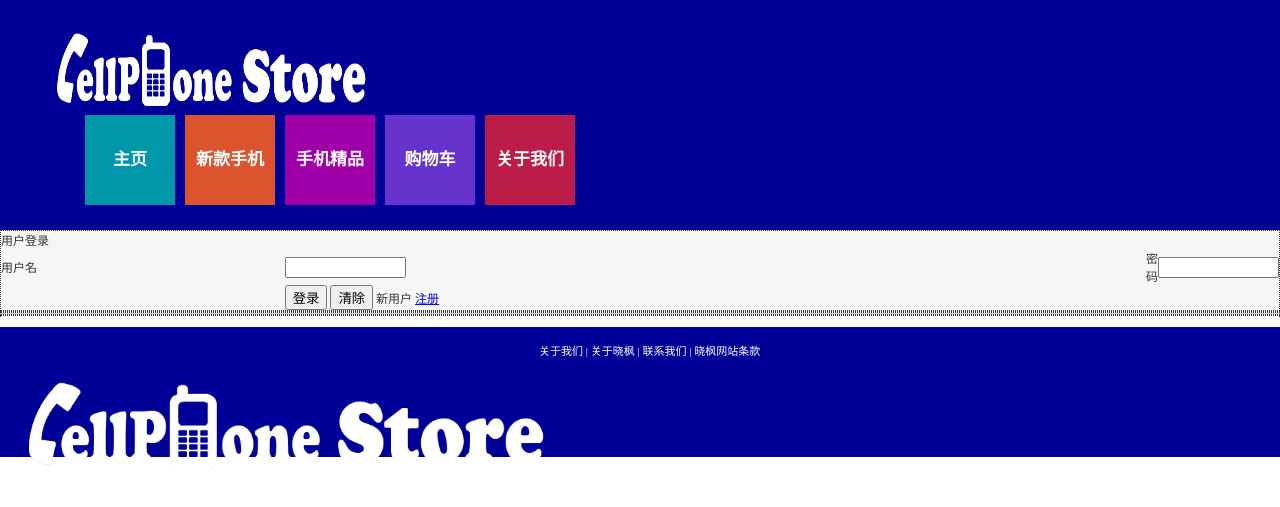
Repository: Jefsky/phonemarket
Page: http://localhost/phonemarket/user/index.jsp
An editor plug-in stored every save of this project. The page is shown before and after the next save, followed by the edit.
The browser window is 1280 px wide. The pictures show the whole page.
The page is served by Tomcat 9. Other server files are loaded and not shown. Queries for data that is not in the repository find no rows.

Above is the page before, as saved 2014-06-26 01:54:16.

### phonemarket/phonemarket/WebContent/user/index.jsp
<%@ page language="java" contentType="text/html; charset=UTF-8"
    pageEncoding="UTF-8"%>
    <%@ page import="cn.huateng.dao.impl.PhoneInfoDAOImpl,cn.huateng.bean.Phone,java.util.ArrayList,cn.huateng.bean.Company,cn.huateng.dao.impl.CompanyDAOImpl" %>
<!DOCTYPE html PUBLIC "-//W3C//DTD HTML 4.01 Transitional//EN" "http://www.w3.org/TR/html4/loose.dtd">
<html>
<head>
<meta http-equiv="Content-Type" content="text/html; charset=UTF-8">
<link rel="stylesheet" type="text/css" href="../css/main.css">
<title>化腾晓枫手机商城官网</title>
</head>
<body>
<%
	String op = request.getParameter("op");
	if("exit".equals(op)){
		session.removeAttribute("userid");
	}
	String error = request.getParameter("error");
	if(error!=null&&"queryUP_er".equals(error)){
%>
	<script type="text/javascript">
		alert("用户名或者密码错误");
	</script>
<%
	}
	if(error!=null&&"pwedit_error".equals(error)){
%>
	<script type="text/javascript">
		alert("用户密码修改失败");
	</script>
<%
	}
	if(error!=null&&"userInfoEdit_error".equals(error)){
%>
	<script type="text/javascript">
		alert("用户个人信息修改失败");
	</script>
<%
	}
%>

<div >
					<jsp:include page="top.jsp" />
					<jsp:include page="login.jsp"/>

</div>

		<table width="100%" border="0" cellpadding="0" cellspacing="0"
										class="td">
	<%
		PhoneInfoDAOImpl phoneInfoDAOImpl = new PhoneInfoDAOImpl();
		ArrayList<Phone> ls_ephone = phoneInfoDAOImpl.queryPhoneByType(1);
		if(ls_ephone!=null){
			for(int i=0; i<(ls_ephone.size()>4?4:ls_ephone.size()); ){
	%>
								<tr>
	<%
		int count = 2;
		while(count>0){
			if(i<ls_ephone.size()){
				Phone phone = ls_ephone.get(i);
				i++;
	%>
	<td width="50%">
	<table width="100%" border="0" cellpadding="0" cellspacing="0"
										class="td">
											<tr>
												<td  width="30%" rowspan="5">
													<a href="phonedetail.jsp?phoneid=<%=phone.getPhoneid()%>">
													<img src="../image/<%=phone.getPicture() %>" width="230"
													height="323" border="0"></a>
												</td>

												<td width="80"><div align="left">型号</div></td>
												<td ><%=phone.getPhonename() %></td>
											</tr>
											<tr>
												<td width="80"><div align="left">平台</div></td>
												<td ><%=phone.getPlatform() %></td>
											</tr>
											<tr>
												<td><div align="left">公司</div></td>
<%
	CompanyDAOImpl companyDAOImpl =new CompanyDAOImpl();
	Company company = companyDAOImpl.cQueryById(phone.getCompanyid());
	if(company!=null){
%>
												<td width="80"><%=company.getName() %></td>
<%
	}
%>
											</tr>
											<tr>
												<td width="80"><div align="left">屏幕</div></td>
												<td ><%=phone.getDisplay() %>英寸</td>
											</tr>
											<tr>
												<td width="80"><div align="left">定价</div></td>
												<td><%=phone.getPrice() %>元</td>
											</tr>
											<tr>
												<td colspan="2"><div align="center" float="right">
													<a href="/phonemarket/AddtoCartServlet?phoneid=<%=phone.getPhoneid()%>">放入购物车</a>&nbsp;&nbsp;
													<a href="phonedetail.jsp?phoneid=<%=phone.getPhoneid() %>">查看详情</a>
												</div></td>
											</tr>
										</table>
									</td>

<%
			}else{
%>
						<td width="50%"></td>
<%
			}
		count--;
		}
%>
				</tr>
<%
			}
		}
%>

		    				</table>
		    			</td>
		    			<td width="1" bgcolor="#999999"></td>
		    		</tr>
		    		<tr bgcolor="#999999"><td height="1" colspan="3" nowrap></td>
		    		</tr>
		    	</table>
		    	<table width="100%" border="0" cellspacing="0" cellpadding="0">
			    		<tr>
		    			<td height="1" nowrap bgcolor="#CCCCCC"></td>
		    		</tr>
		    	</table>
		    	<table width="100%" border="0" cellspacing="0" cellpadding="0">
		    		<tr bgcolor="#999999"></tr>
		    		<tr>
		    			<td width="0" nowrap bgcolor="#999999"></td>
		    			<td>
		    				<table width="100%" border="0" cellspacing="0" cellpadding="0" class="td">

	<%
		PhoneInfoDAOImpl phoneInfoDAOImpl2 = new PhoneInfoDAOImpl();
		ArrayList<Phone> ls_ephone2 = phoneInfoDAOImpl2.queryPhoneByType(2);
		if(ls_ephone!=null){
			for(int i=0; i<(ls_ephone2.size()>4?4:ls_ephone2.size()); ){
	%>
								<tr>
	<%
		int count = 2;
		while(count>0){
			if(i<ls_ephone2.size()){
				Phone phone2 = ls_ephone2.get(i);
				i++;
	%>

									<td width="50%">
										<table width="100%" border="0" cellpadding="0" cellspacing="0"
										class="td">
											<tr>
												<td width="30%" rowspan="5">
													<a href="phonedetail.jsp?phoneid=<%=phone2.getPhoneid()%>">
													<img src="../image/<%=phone2.getPicture() %>" width="230"
													height="323" border="0"></a>
												</td>
												<td width="25%"><div align="left">型号</div></td>
												<td><%=phone2.getPhonename() %></td>
											</tr>
											<tr>
												<td width="25%"><div align="left">平台</div></td>
												<td><%=phone2.getPlatform() %></td>
											</tr>
											<tr>
												<td width="25%"><div align="left">公司</div></td>
<%
	CompanyDAOImpl companyDAOImpl2 =new CompanyDAOImpl();
	Company company2 = companyDAOImpl2.cQueryById(phone2.getCompanyid());
	if(company2!=null){
%>
												<td><%=company2.getName() %></td>
<%
	}
%>
											</tr>
											<tr>
												<td width="25%"><div align="left">屏幕</div></td>
												<td><%=phone2.getDisplay() %>英寸</td>
											</tr>
											<tr>
												<td width="25%"><div align="left">定价</div></td>
												<td><%=phone2.getPrice() %>元</td>
											</tr>
											<tr>
												<td colspan="2"><div align="center">
													<a href="/phonemarket/AddtoCartServlet?phoneid=<%=phone2.getPhoneid()%>">放入购物车</a>&nbsp;&nbsp;
													<a href="phonedetail.jsp?phoneid=<%=phone2.getPhoneid() %>">查看详情</a>
												</div></td>
											</tr>
										</table>
									</td>

<%
			}else{
%>
						<td width="50%"></td>
<%
			}
		count--;
		}
%>
				</tr>
<%
			}
		}
%>

		    				</table>





<div>
					<jsp:include page="bottom.jsp" />
</div>
</body>
</html>

### phonemarket/phonemarket/WebContent/user/top.jsp
<%@ page language="java" contentType="text/html; charset=UTF-8"
    pageEncoding="UTF-8"%>
<!DOCTYPE html PUBLIC "-//W3C//DTD HTML 4.01 Transitional//EN" "http://www.w3.org/TR/html4/loose.dtd">
<html>
<head>
<meta http-equiv="Content-Type" content="text/html; charset=UTF-8">
<title>Cellphone Store</title>
<link rel="stylesheet" type="text/css" href="../css/top.css"/>
</head>
<body>
<div class = "navigation">
	<div id="logo">
		<span><img src="../image/logo.png" width="350" height="85"></span>
	</div>
	<ul id="color">
		<li class = "color1"><a href = "index.jsp">主页</a></li>
		<li><a>新款手机</a></li>
		<li class = "color2"><a href = "../admin/index.jsp">手机精品</a></li>
		<li class = "color3"><a href = "shoppingcart.jsp">购物车</a></li>
		<li class = "color4"><a href = "#">关于我们</a></li>
	</ul>


</div>

</body>
</html>

### phonemarket/phonemarket/WebContent/user/login.jsp
<%@ page contentType="text/html; charset=utf-8" language="java" import="java.sql.*" errorPage="" %>
<!DOCTYPE html PUBLIC "-//W3C//DTD XHTML 1.0 Transitional//EN" "http://www.w3.org/TR/xhtml1/DTD/xhtml1-transitional.dtd">
<html xmlns="http://www.w3.org/1999/xhtml">
<head>
<meta http-equiv="Content-Type" content="text/html; charset=utf-8" />
<title>login</title>
<SCRIPT LANGUAGE="javascript">
<!--
	function CheckSubmit(thisform){ //focus()方法，将光标定位于输出栏目
		with(thisform){
			if(userid.value==null || userid.value=="" ){
				alert("请输入用户名!");
				userid.focus();
				return false;
			}else if(userid.value.indexOf("'")!=-1){
				alert("用户名不能包含单引号,空格等字符!");
				userid.focus();
				return false;
			}
			if(password.value==null || password.value=="" ){
				alert("请输入密码!");
				password.focus();
				return false;
			}
		}
		return true;
	}
//-->
</SCRIPT>
</head>

<body>
<%
	String s_userid=(String)session.getAttribute("userid");
	if(s_userid==null){
%>
<form name="loginform" action="/phonemarket/QueryByIdPwServlet" method="post" onsubmit="return CheckSubmit(this)">
	<table width="100%" border="0" cellpadding="0" cellspacing="0" bgcolor="#f6f6f6" class="td">
		<tr>
			<td colspan="3">用户登录</td>
		</tr>
		<tr>
			<td width="25%">用户名</td>
			<td width="75%"><input name="userid" type="text" class="formtext" size="12"></td>
			<td >密码</td>
			<td ><input name="password" type="password" class="formtext" size="12"></td>
		</tr>
		<tr>
			<td>&nbsp;</td>
			<td colspan="2">
			 <input name="loginbutton" type="submit" value="登录">
			 <input type="reset" value="清除">
			 	新用户&nbsp;<a href="register.jsp">注册</a>
			</td>
		</tr>
	</table>
</form>
<%
	}else{
%>
	<table width="100%" border="0" cellpadding="0" bgcolor="#f6f6f6" class="td">
		<tr>
			<td width="30" colspan="4">&nbsp&nbsp&nbsp您好！<%=s_userid %>
			欢迎来到化腾晓枫手机商城</td>
		</tr>
		<tr>
			<td><a href="passwordedit.jsp">&nbsp&nbsp&nbsp修改登陆密码</a></td>
			<td><a href="userinfoedit.jsp">维护个人信息</a></td>
			<td><a href="myorder.jsp">查看历史订单</a></td>
			<td><a href="shoppingcart.jsp">查看购书车</a></td>
			<td><a href="index.jsp?op=exit">注销退出</a></td>
	</table>
<%
	}
%>
</body>
</html>

### phonemarket/phonemarket/WebContent/user/bottom.jsp
<%@ page language="java" contentType="text/html; charset=GB18030"
    pageEncoding="GB18030"%>
<!DOCTYPE html PUBLIC "-//W3C//DTD HTML 4.01 Transitional//EN" "http://www.w3.org/TR/html4/loose.dtd">
<html>
<head>
<link rel="stylesheet" type="text/css" href="../css/bottom.css">
<meta http-equiv="Content-Type" content="text/html; charset=ISO-8859-1">
<title>bottom</title>
</head>
<body>
<div class="foot">

 <p>&nbsp&nbsp&nbsp&nbsp&nbsp&nbsp 关于我们 | 关于晓枫 | 联系我们 | 晓枫网站条款</p>
<div id="logo">
		<span><img src="../image/logo.png" width="584" height="100px"></span>
	</div>
</div>
</body>
</html>

### phonemarket/phonemarket/src/cn/huateng/dao/impl/PhoneInfoDAOImpl.java
package cn.huateng.dao.impl;

	import java.sql.Connection;
import java.sql.PreparedStatement;
import java.sql.ResultSet;
import java.sql.SQLException;
import java.util.ArrayList;



import cn.huateng.bean.Phone;
import cn.huateng.dbc.DBConnection;

	public class PhoneInfoDAOImpl {
		public int insertPhone(Phone phone){
			int line=0;
			Connection conn=null;
			PreparedStatement ppsm=null;
			DBConnection dbconn=new DBConnection();
			if(dbconn!=null){
				conn=dbconn.getConn();
				if(conn!=null){
					String sql="insert into phone(phoneid,phonename,platform,weight,display,camera,ram,massmenory,companyid,price,quantity,picture,type) values(?,?,?,?,?,?,?,?,?,?,?,?,?)";
					try{
						ppsm =conn.prepareStatement(sql);
						ppsm.setString(1,phone.getPhoneid());
						ppsm.setString(2,phone.getPhonename());
						ppsm.setString(3,phone.getPlatform());
						ppsm.setString(4,phone.getWeight());
						ppsm.setString(5,phone.getDisplay());
						ppsm.setString(6,phone.getCamera());
						ppsm.setString(7,phone.getRam());
						ppsm.setString(8,phone.getMassmenory());
						ppsm.setInt(9,phone.getCompanyid());
						ppsm.setFloat(10,phone.getPrice());
						ppsm.setInt(11,phone.getQuantity());
						ppsm.setString(12,phone.getPicture());
						ppsm.setInt(13,phone.getType());
						line= ppsm.executeUpdate();
						}catch(SQLException e){
						e.printStackTrace();
						}finally{
							try {
								if(ppsm!=null){
										ppsm.close();
									}
								conn.close();}
							catch (SQLException e) {
								// TODO Auto-generated catch block
								e.printStackTrace();
							}
						}

				}
			}
			return line;
		}
		public ArrayList<Phone> queryPhone(){
			ArrayList<Phone> phoneList=new ArrayList<Phone>();
			Connection conn=null;
			Phone phone;
			PreparedStatement ppsm=null;
			ResultSet rs = null;
			DBConnection dbconn=new DBConnection();
				if(dbconn!=null){
					conn=dbconn.getConn();
				//쌈淪쏵契꿴璂꾸鱗ResultSet
					if(conn!=null){
						String sql="select * from phone";
						try {
							ppsm=conn.prepareStatement(sql);
							rs=ppsm.executeQuery();
							//離빈겉꿴璂써벎섞瘻뻣槨ArrayList<UserInfo>잚謹럿쀼.
							while (rs.next()){
								phone =new Phone();
								phone.setPhoneid(rs.getString(1));
								phone.setPhonename(rs.getString(2));
								phone.setPlatform(rs.getString(3));
								phone.setWeight(rs.getString(4));
								phone.setDisplay(rs.getString(5));
								phone.setCamera(rs.getString(6));
								phone.setRam(rs.getString(7));
								phone.setMassmenory(rs.getString(8));
								phone.setCompanyid(rs.getInt(9));
								phone.setPrice(rs.getFloat(10));
								phone.setQuantity(rs.getInt(11));
								phone.setPicture(rs.getString(12));
								phone.setType(rs.getInt(13));
								phoneList.add(phone);
							}

						}catch (SQLException e) {
							// TODO Auto-generated catch block
							e.printStackTrace();
						}finally{
							if(rs!=null){
								try {
									rs.close();
									if(ppsm!=null){
									ppsm.close();
									}
									if(conn!=null){
										conn.close();
									}
								} catch (SQLException e) {
									// TODO Auto-generated catch block
									e.printStackTrace();
								}
							}

						}
				}
			}
			return phoneList;
		}
		public int pDeleteById(String phoneid){
			int line = 0;
			Connection conn=null;
			PreparedStatement ppsm=null;
			DBConnection dbconn=new DBConnection();
			if(dbconn!=null){
				conn=dbconn.getConn();
				if(conn!=null){
					String sql="delete from phone where phoneid=?";
					try {
						ppsm =conn.prepareStatement(sql);
						ppsm.setString(1,phoneid);
						line=ppsm.executeUpdate();
					} catch (SQLException e) {
						// TODO Auto-generated catch block
						e.printStackTrace();
					}finally{
						try {
						if(ppsm!=null){
								ppsm.close();
							}
							conn.close();}
						catch (SQLException e) {
								// TODO Auto-generated catch block
								e.printStackTrace();
							}
						}
				}
			}
			return line;
		}
		//錦맣꾸鱗，邱쏵契寧늴꿴璂꾸鱗bQueryById()，
		//UpdatePhoneServlet錦맣꾸鱗，딧痰UpdatePhone()
		public Phone pQueryById(String phoneid){
			Phone phone = new Phone();
			Connection conn=null;
			PreparedStatement ppsm=null;
			ResultSet rs = null;
			DBConnection dbconn=new DBConnection();
				if(dbconn!=null){
					conn=dbconn.getConn();
					if(conn!=null){
						String sql="select * from phone where phoneid =?";
						try {
							ppsm=conn.prepareStatement(sql);
							ppsm.setString(1,phoneid);
							rs=ppsm.executeQuery();
							if (rs.next()){
								phone.setPhoneid(rs.getString(1));
								phone.setPhonename(rs.getString(2));
								phone.setPlatform(rs.getString(3));
								phone.setWeight(rs.getString(4));
								phone.setDisplay(rs.getString(5));
								phone.setCamera(rs.getString(6));
								phone.setRam(rs.getString(7));
								phone.setMassmenory(rs.getString(8));
								phone.setCompanyid(rs.getInt(9));
								phone.setPrice(rs.getFloat(10));
								phone.setQuantity(rs.getInt(11));
								phone.setPicture(rs.getString(12));
								phone.setType(rs.getInt(13));
							}

						}catch (SQLException e) {
							// TODO Auto-generated catch block
							e.printStackTrace();
						}finally{
							if(rs!=null){
								try {
									rs.close();
									if(ppsm!=null){
									ppsm.close();
									}
									if(conn!=null){
										conn.close();
									}
								} catch (SQLException e) {
									// TODO Auto-generated catch block
									e.printStackTrace();
								}
							}

						}
				}
			}
			return phone;
		}
		//횔빈疼契瘻돕錦맣女충updatePhone.jsp[송목、鑒좆、깃羚、닸렴뒈렘된斤口]
		public int updatePhone(Phone phone){
			int line=0;
			Connection conn=null;
			PreparedStatement ppsm=null;
			DBConnection dbconn=new DBConnection();
			if(dbconn!=null){
				conn=dbconn.getConn();
				if(conn!=null){
					String sql="update phone set price = ?,quantity = ? where phoneid = ?";
					try {
						ppsm =conn.prepareStatement(sql);
						ppsm.setFloat(1, phone.getPrice());
						ppsm.setInt(2, phone.getQuantity());
						ppsm.setString(3,phone.getPhoneid());
						line=ppsm.executeUpdate();
					} catch (SQLException e) {
						// TODO Auto-generated catch block
						e.printStackTrace();
					}finally{
						try {
						if(ppsm!=null){
								ppsm.close();
							}
							conn.close();}
						catch (SQLException e) {
								// TODO Auto-generated catch block
								e.printStackTrace();
							}
						}
				}
			}
			return line;
		}
		public ArrayList<Phone> queryPhoneByType(int type){
			ArrayList<Phone> phoneList=new ArrayList<Phone>();
			Connection conn=null;
			Phone phone;
			PreparedStatement ppsm=null;
			ResultSet rs = null;
			DBConnection dbconn=new DBConnection();
				if(dbconn!=null){
					conn=dbconn.getConn();
					if(conn!=null){
						String sql="select * from phone where type=?";
						try {
							ppsm=conn.prepareStatement(sql);
							ppsm.setInt(1,type);
							rs=ppsm.executeQuery();
							while (rs.next()){
								phone =new Phone();
								phone.setPhoneid(rs.getString(1));
								phone.setPhonename(rs.getString(2));
								phone.setPlatform(rs.getString(3));
								phone.setWeight(rs.getString(4));
								phone.setDisplay(rs.getString(5));
								phone.setCamera(rs.getString(6));
								phone.setRam(rs.getString(7));
								phone.setMassmenory(rs.getString(8));
								phone.setCompanyid(rs.getInt(9));
								phone.setPrice(rs.getFloat(10));
								phone.setQuantity(rs.getInt(11));
								phone.setPicture(rs.getString(12));
								phone.setType(rs.getInt(13));
								phoneList.add(phone);
							}

						}catch (SQLException e) {
							// TODO Auto-generated catch block
							e.printStackTrace();
						}finally{
							if(rs!=null){
								try {
									rs.close();
									if(ppsm!=null){
									ppsm.close();
									}
									if(conn!=null){
										conn.close();
									}
								} catch (SQLException e) {
									// TODO Auto-generated catch block
									e.printStackTrace();
								}
							}

						}
				}
			}
			return phoneList;
		}
		public int UpdatePhoneQuantity(String phoneid, int updatenum){
			int line = 0;
			Phone phone=pQueryById(phoneid);
			int phonenum = phone.getQuantity()+updatenum;
			if(phonenum>=0){
				phone.setQuantity(phonenum);
				line = updatePhone(phone);
			}
			return line;
		}
	}

### phonemarket/phonemarket/src/cn/huateng/dbc/DBConnection.java
package cn.huateng.dbc;

import java.sql.Connection;
import java.sql.DriverManager;
import java.sql.SQLException;

public class DBConnection {
	private Connection conn;
	private static final String DBDRIVER ="com.microsoft.sqlserver.jdbc.SQLServerDriver";
	private static final String DBURL = "jdbc:sqlserver://127.0.0.1:1433;databaseName=phonemarket";
	private static final String DBUSER="sa";
	private static final String DBPW="123456";
	public DBConnection(){
		try {
			Class.forName(DBDRIVER);
		} catch (ClassNotFoundException e1) {
			// TODO Auto-generated catch block
			e1.printStackTrace();
		}
		try {
			conn=(DriverManager.getConnection(DBURL,DBUSER,DBPW));
		} catch (SQLException e) {
			// TODO Auto-generated catch block
			e.printStackTrace();
		}

	}
	public Connection getConn() {
		return conn;
	}

}

### phonemarket/phonemarket/WebContent/css/main.css
@charset "utf-8";
/* CSS Document */

.td{
	border: 1px dotted;
	font-family: "宋体";
	font-size: 12px;
	color: #333333;
	text-decoration: none;
}

### phonemarket/phonemarket/WebContent/css/top.css
body{
	margin : 0px;
	padding : 0;
}

/* ====== Navigation Main ====== */
div.navigation{
	font-family:"微软雅黑 Light", cursive;
	background-color:#009;
	padding-top : 30px;
	padding-bottom : 30px;
	height:170px;
	font-weight: bolder;
}

/* ====== Navigation Menu ====== */
div.navigation>ul{
	margin : 0px;

}

div.navigation>ul>li{
	list-style : none;
	display : inline-block;
	height : 90px;
	width : 90px;
	background-color : #DB542D;
	text-align : center;
	line-height : 90px;
	margin-top : 2px;
	margin-bottom : 2px;
}

div.navigation ul li a{
	cursor : pointer;
}

div.navigation>ul>li>a{
	position : relative;
	display : block;
	color:#FFF;
	font-size : 17px;
	text-decoration : none;
}



/* ====== Color class ======*/
div.navigation .color1{
	background-color : #0097aa;
}

div.navigation .color2{
	background-color : #9f00a7;
}

div.navigation .color3{
	background-color: #63C;
}

div.navigation .color4{
	background-color : #bb1d48;
}

/* ====== title span ====== */

div.navigation span{
	position : relative;
	font-family : 'Open Sans';
	font-weight : 300;
	font-size : 16px;
	margin-left : 40px;
	font-size : 28px;
	color : white;
}



#color{ margin-left:40px;}
#color li{  float:left; margin:0 5px;}
div.navigation ul li a:hover{ background-color: #CCC; color:#00C;}
#logo{ width:100%;}

### phonemarket/phonemarket/WebContent/css/bottom.css
@charset "utf-8";
/* CSS Document */

body{
	margin : 0px;
	padding : 0;
}

.foot{ width:100%; margin-top:10px; background-color:#009; height:130px;}
p{text-align:center; color: #FFF;  font-size:11px;padding:15px 0px 10px 0px;}
#logo{
	display:block;
	float:left;

	}

After the next save:
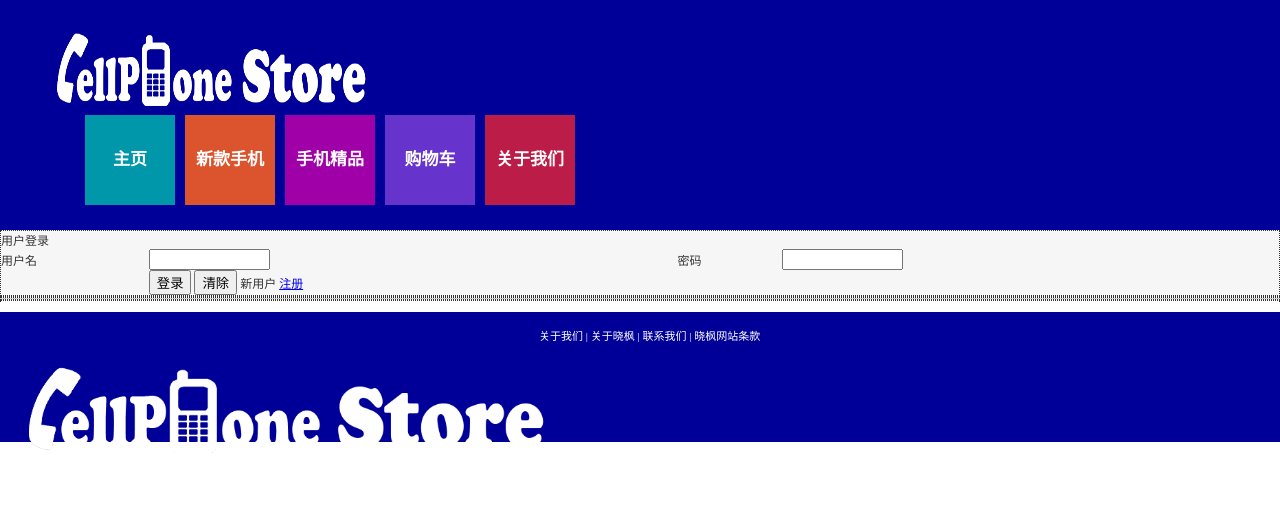
Saved 30 s later.
--- a/phonemarket/phonemarket/WebContent/user/login.jsp
+++ b/phonemarket/phonemarket/WebContent/user/login.jsp
@@ -40,8 +40,8 @@
 			<td colspan="3">用户登录</td>
 		</tr>
 		<tr>
-			<td width="25%">用户名</td>
-			<td width="75%"><input name="userid" type="text" class="formtext" size="12"></td>
+			<td>用户名</td>
+			<td><input name="userid" type="text" class="formtext" size="12"></td>
 			<td >密码</td>
 			<td ><input name="password" type="password" class="formtext" size="12"></td>
 		</tr>
